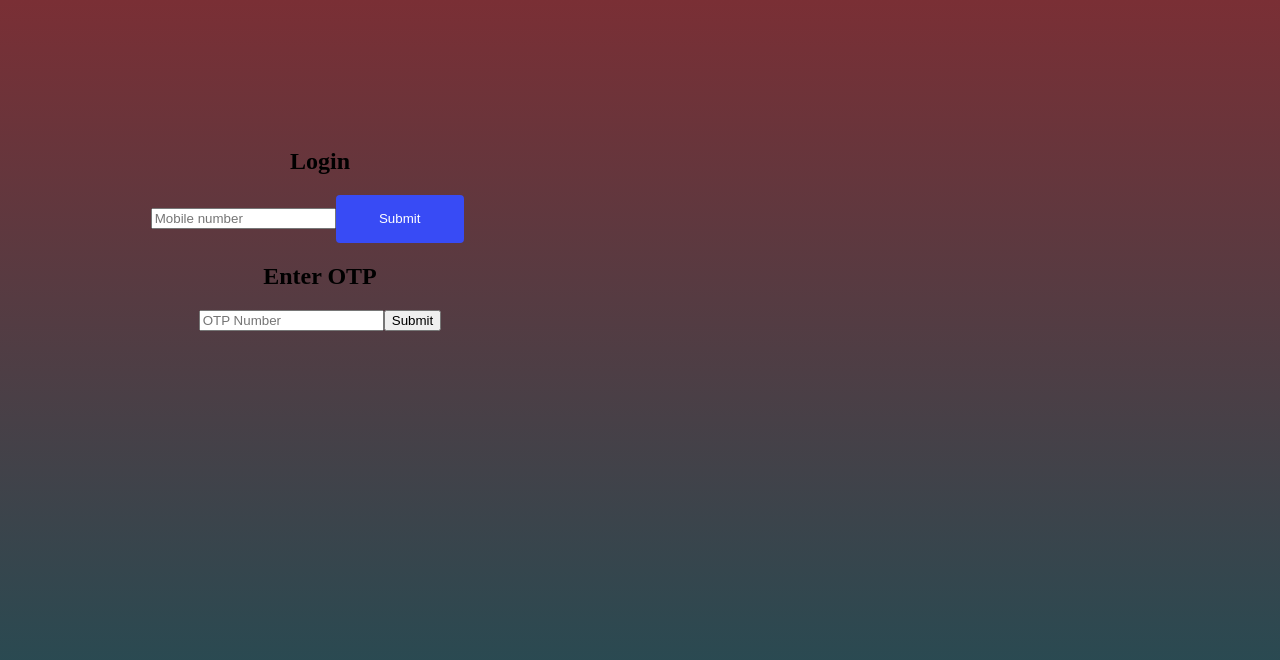
Repository: jagan607/N-Kalari
Page: /
An editor plug-in stored every save of this project. The page is shown before and after the next save, followed by the edit.
The browser window is 1280 px wide. The pictures show the whole page.
The project was rebuilt for these pictures with package versions that can differ from the ones it lists, and the page was loaded fresh each time. Also part of the build but not shown: src/App.css, src/services/user.service.js, src/actions/user.action.js, src/components/wallet/Wallet.js. Imported but missing from the stored project, and not drawn on this page: src/constants/user.constants, src/reducers/rootReducer.

Above is the page before, as saved 2022-01-08 16:24:55.

### src/index.css
body,
html,
.App,
#root,
.main {
  width: 100%;
  height:100%;
  scroll-behavior: smooth;

}
body{
    margin: 0;
    padding: 0;
    text-align: center;
    background-image: linear-gradient(#7A2F35, #234C54);
  }

### src/App.js
import logo from './logo.svg';
import './App.css';
import React, { Component } from "react"
import Login from './components/Login/Login'
import {Wallet} from './components/wallet/Wallet'
import {history} from './helpers/history'
import {Router, Route, Routes } from "react-router-dom";


class App extends Component {
  constructor(props) {
    super(props);
  }

  render() {
    return(
      <div>
        <Login></Login>

        {/* <Wallet></Wallet> */}

          {/* <Route exact path="/">
          </Route> */}
          {/* <Route exact path="/wallet">
            <Wallet/>
          </Route> */}
     </div>
    );
}
}

export default App;

### src/helpers/store.js
import { createStore, applyMiddleware, compose } from "redux";
import thunkMiddleware from "redux-thunk";
import { createLogger } from "redux-logger";
import rootReducer from "./../reducers/rootReducer";


const composeEnhancers = window.__REDUX_DEVTOOLS_EXTENSION_COMPOSE__ || compose;

const loggerMiddleware = createLogger();

export const store = createStore(
  rootReducer,
  composeEnhancers(applyMiddleware(thunkMiddleware, loggerMiddleware))
);

### src/components/Login/Login.js
import { render } from "@testing-library/react";
import React, { Component } from "react"
import {Wallet} from "../wallet/Wallet";
import firebase from './../../helpers/firebase'
import {history} from './../../helpers/history'
import styles from './index.css';

class Login extends Component{
    constructor(props){
        super(props);

    }


handleChange = (e) =>{
    const {name, value } = e.target
    this.setState({
        [name]: value
      })
  }
  configureCaptcha = () =>{
    window.recaptchaVerifier = new firebase.auth.RecaptchaVerifier('sign-in-button', {
      'size': 'invisible',
      'callback': (response) => {

        this.onSignInSubmit();
        console.log("Recaptca varified")
      },
      defaultCountry: "IN"
    });
  }
  onSignInSubmit = (e) => {
    e.preventDefault()
    this.configureCaptcha()
    const phoneNumber = "+91" + this.state.mobile
    console.log(phoneNumber)
    const appVerifier = window.recaptchaVerifier;
    firebase.auth().signInWithPhoneNumber(phoneNumber, appVerifier)
        .then((confirmationResult) => {

          window.confirmationResult = confirmationResult;
          console.log("OTP has been sent")

        }).catch((error) => {

          console.log("SMS not sent")
        });
  }
  onSubmitOTP = (e) =>{
    e.preventDefault()
    const code = this.state.otp
    console.log(code)
    window.confirmationResult.confirm(code).then((result) => {
      // User signed in successfully.
      const user = result.user;
      console.log(JSON.stringify(user))
      return <Wallet></Wallet>

    }).catch((error) => {

    });
  }

render(){
    return(
        <div className="left">
        <h2 className="Login-heading">Login</h2>
        <form onSubmit={this.onSignInSubmit}>
          <div id="sign-in-button" ></div>
          <input type="number" name="mobile" placeholder="Mobile number" required onChange={this.handleChange}/>
          <button type="submit" className="btn-signin">Submit</button>
        </form>

        <h2>Enter OTP</h2>
        <form onSubmit={this.onSubmitOTP}>
          <input type="number" name="otp" placeholder="OTP Number" required onChange={this.handleChange}/>
          <button type="submit">Submit</button>
        </form>
      </div>
    );
}

}

export default Login;

### src/helpers/firebase.js
import firebase from 'firebase/compat/app';
import 'firebase/compat/auth';

var firebaseConfig = {
    apiKey: "AIzaSyDZjLb_085wvPOTY7agukIuBDpo2tSR5GM",
    authDomain: "nkalari-8f0ee.firebaseapp.com",
    projectId: "nkalari-8f0ee",
    storageBucket: "nkalari-8f0ee.appspot.com",
    messagingSenderId: "627102137961",
    appId: "1:627102137961:web:5232a754646159907d6cf8",
    measurementId: "G-GL01VM6V4Y"
  };

firebase.initializeApp(firebaseConfig);

export default firebase;

### src/components/Login/index.css

.left{
    float: left;
}
.btn-signin{
    margin-right: 4%;
    width: 8rem;
    height: 3rem;
    background: #384BF5;
    border-radius: 4px;
    color: white;
    border: none;
    max-width: 100%;

}

### src/components/wallet/index.css
.left{
    width: 50%;
    height: 100%;
    margin-top: 10%;

}

.heading{
    color: white;
    text-align: left;
    margin-left: 10%;
    margin-top: 3%;
}

.balance-heading{
    color :white;
    text-align: left;
    margin-left: 50%;
    margin-top: 10%;
}

.balance-value{
    color :white;
    text-align: left;
    margin-left: 50%;
    margin-top: 2%;
}

.buttons{
    width: 100%;
    float: left;
    margin-left: 10%;
    margin-top: 3%;
}

.withdraw{
    margin-right: 4%;
    width: 8rem;
    height: 3rem;
    background: #384BF5;
    border-radius: 4px;
    color: white;
    border: none;
    max-width: 100%;

}

.recharge{
    width: 8rem;
    height: 3rem;
    background-image: url("data:[embedded picture, 1436 characters]");
    color: white;
    border: none;
    border-radius: 6px;
    max-width: 100%;
}

.right{
    position:relative;
    top: 0px;
    bottom: 5%;

}

Loaded but not shown: public/index.html (common file); src/index.js (common file); src/reportWebVitals.js (common file); src/helpers/history.js (common file)

After the next save:
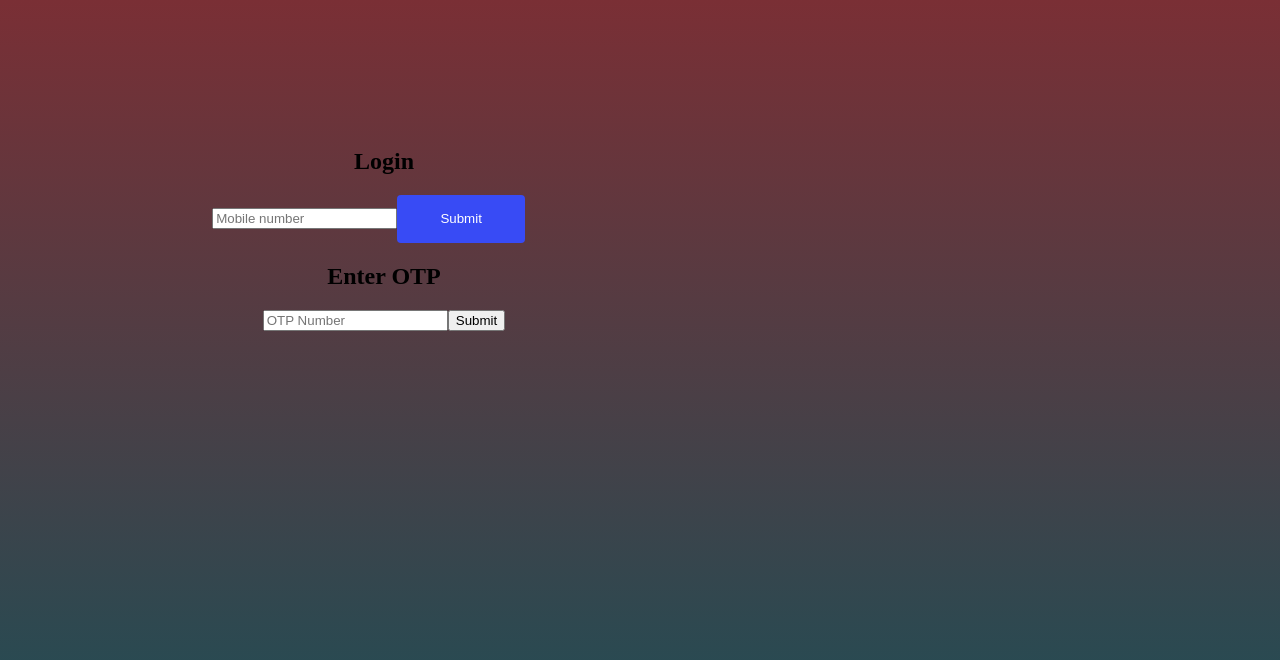
Saved 12 s later.
--- a/src/components/Login/index.css
+++ b/src/components/Login/index.css
@@ -1,6 +1,7 @@
 
 .left{
     float: left;
+    width: 60%;
 }
 .btn-signin{
     margin-right: 4%;
